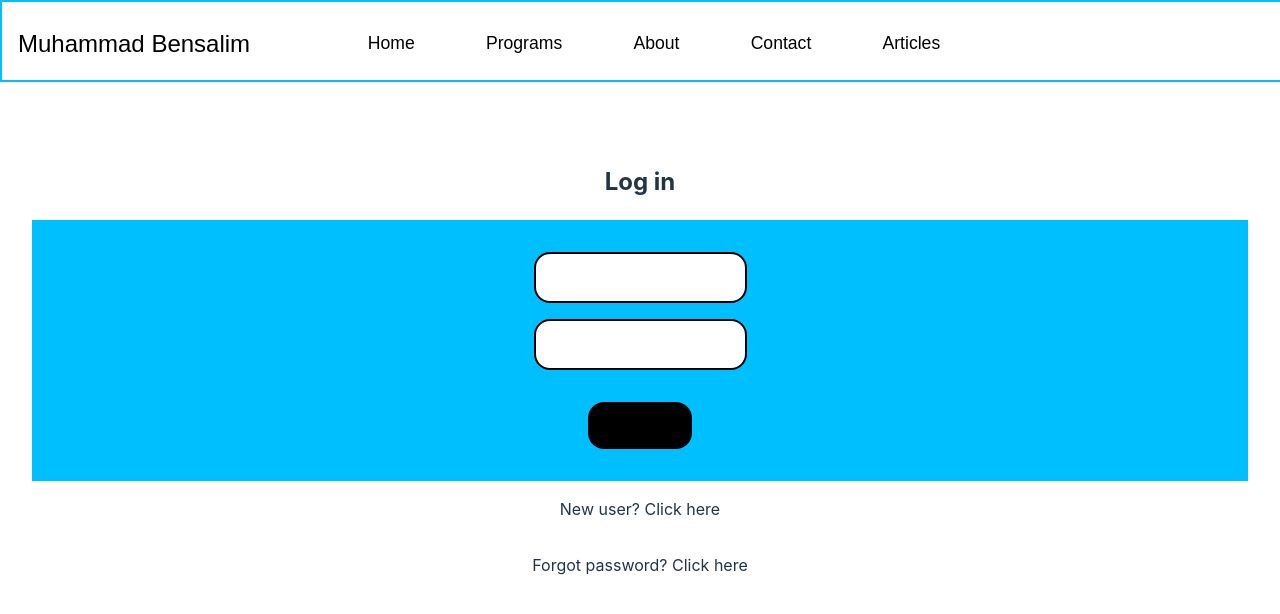
Repository: TMuse333/fitness_templates
Page: /progress
An editor plug-in stored every save of this project. The page is shown before and after the next save, followed by the edit.
The browser window is 1280 px wide. The pictures show the whole page.
The project was rebuilt for these pictures with package versions that can differ from the ones it lists, and the page was loaded fresh each time. Also part of the build but not shown: vite.config.js, src/components/herobanner/herobanner.css, src/components/herobanner/herobanner.jsx, src/components/about/about.css, src/components/about/about.jsx, src/components/serviceOffering/serviceOffering.css, src/components/serviceOffering/serviceOffering.jsx, src/data/data.js and 33 more. Imported but missing from the stored project, and not drawn on this page: src/media/best_dunk.mp4.

Above is the page before, as saved 2024-03-09 19:39:15.

After the next save:
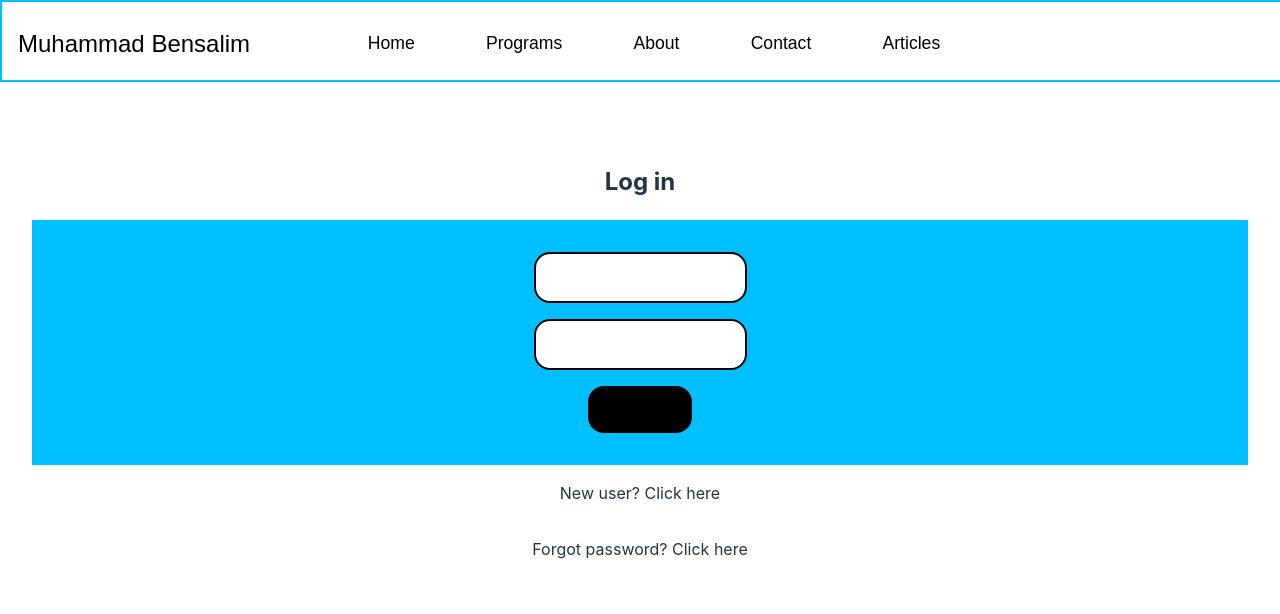
Saved 10 s later.
--- a/src/components/login/login.css
+++ b/src/components/login/login.css
@@ -18,7 +18,7 @@
     background-color: black;
     margin: 0 auto;
     padding: 1;
-    margin-top: 1rem;
+    /* margin-top: 1rem; */
     transition: all 0.3s ease-out;
 }
 
